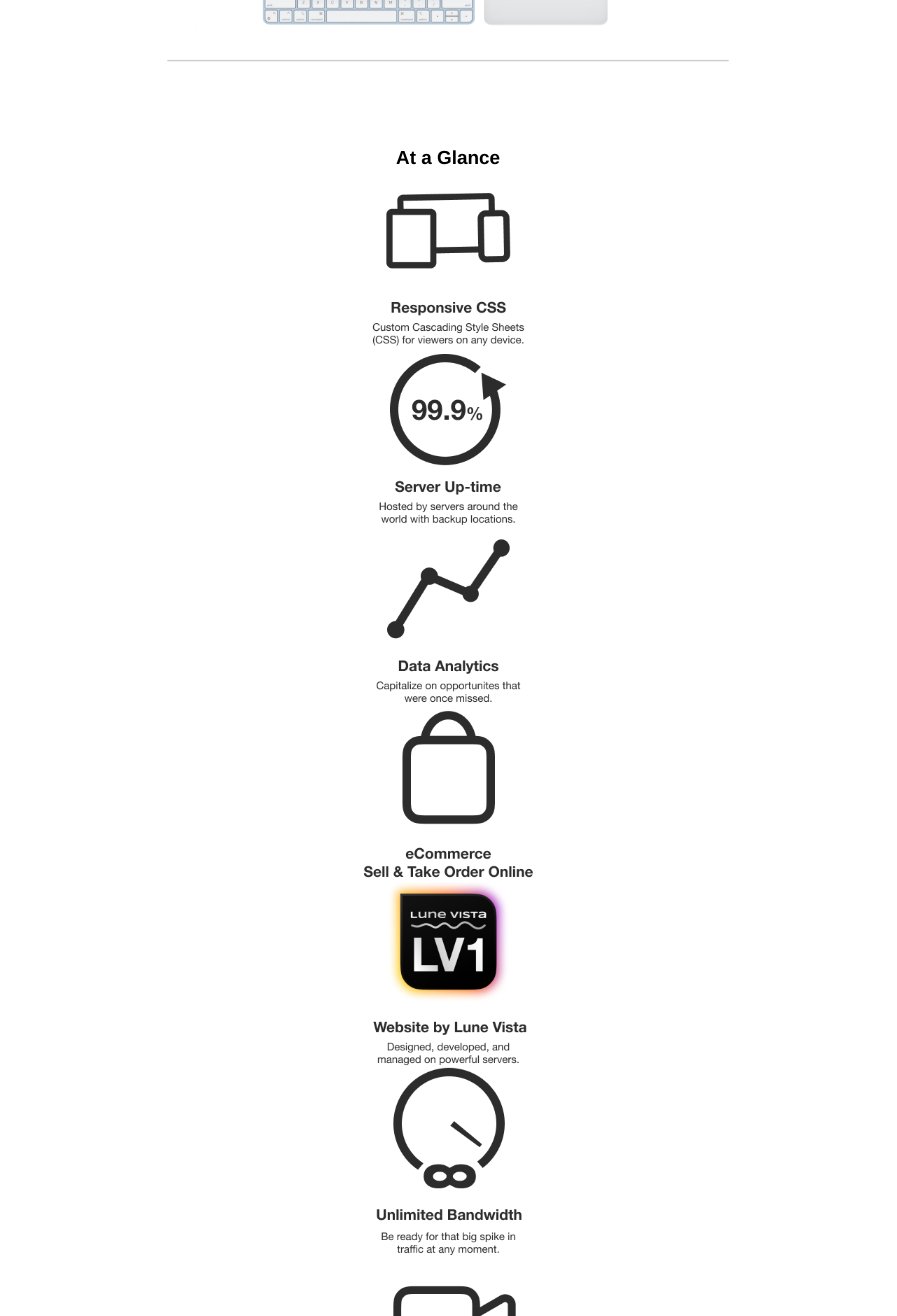
Repository: yoItsTyler/templates
Page: /specs
An editor plug-in stored every save of this project. The page is shown before and after the next save, followed by the edit.
The browser window is 1280 px wide. The page is 1282 px wide, so the pictures cover 1282 px, including what lies to the right of the window. The pictures show the part of the page from y = 531 to 2411 px (the page is 2911 px tall before and 1504 px after), at 70% of full size.
Some web fonts or font styles are not loaded; a fallback is used. The project was rebuilt for these pictures with package versions that can differ from the ones it lists, and the page was loaded fresh each time. Also part of the build but not shown: src/components/Home/styles.module.css, src/components/Navbar/styles.module.css, src/components/Navbar/Navbar.js, src/components/NavbarMobile/styles.module.css, src/components/NavbarMobile/NavbarMobile.js, src/components/Home/Home.js, src/components/Web/styles.module.css, src/components/Web/Web.js.

Above is the page before, as saved 2022-11-16 17:03:05.

### public/index.html
<!DOCTYPE html>
<html lang="en">
  <head>
    <meta charset="utf-8" />
    <link rel="icon" href="%PUBLIC_URL%/favicon.ico" />
    <meta name="viewport" content="width=device-width, initial-scale=1" />
    <meta name="theme-color" content="#000000" />
    <meta
      name="description"
      content="Web site created using create-react-app"
    />
    <link rel="apple-touch-icon" href="%PUBLIC_URL%/logo192.png" />
    <!--
      manifest.json provides metadata used when your web app is installed on a
      user's mobile device or desktop. See https://developers.google.com/web/fundamentals/web-app-manifest/
    -->
    <link rel="manifest" href="%PUBLIC_URL%/manifest.json" />
    <!--
      Notice the use of %PUBLIC_URL% in the tags above.
      It will be replaced with the URL of the `public` folder during the build.
      Only files inside the `public` folder can be referenced from the HTML.

      Unlike "/favicon.ico" or "favicon.ico", "%PUBLIC_URL%/favicon.ico" will
      work correctly both with client-side routing and a non-root public URL.
      Learn how to configure a non-root public URL by running `npm run build`.
    -->
    <title>Root Template</title>
  </head>
  <body>
    <noscript>You need to enable JavaScript to run this app.</noscript>
    <div id="root"></div>
    <!--
      This HTML file is a template.
      If you open it directly in the browser, you will see an empty page.

      You can add webfonts, meta tags, or analytics to this file.
      The build step will place the bundled scripts into the <body> tag.

      To begin the development, run `npm start` or `yarn start`.
      To create a production bundle, use `npm run build` or `yarn build`.
    -->
  </body>
</html>

### src/index.js
import React from 'react';
import  ReactDOM  from 'react-dom';
import './index.css';
import reportWebVitals from './reportWebVitals';
import { BrowserRouter as Router } from 'react-router-dom';
import { App } from './components/App';

ReactDOM.render(
  <React.StrictMode>
    <Router>
     <App/>
    </Router>
  </React.StrictMode>,
  document.getElementById('root'),
);



// If you want to start measuring performance in your app, pass a function
// to log results (for example: reportWebVitals(console.log))
// or send to an analytics endpoint. Learn more: https://bit.ly/CRA-vitals
reportWebVitals();

### src/index.css


@import url('https://fonts.cdnfonts.com/css/work-sans');
html, body{
  min-height: fit-content;
 height: 100vh;
  width: 100vw;
  max-width: 100vw;
  margin: 0;
  overflow-x: hidden;
  -ms-overflow-style: none;  /* IE and Edge */
  scrollbar-width: none;  /* Firefox */
  scroll-behavior: smooth;



}
body {



  font-family:  -apple-system, BlinkMacSystemFont, 'Segoe UI', 'Roboto', 'Oxygen',
    'Ubuntu', 'Cantarell', 'Fira Sans', 'Droid Sans', 'Helvetica Neue',
    sans-serif;
    font-family: 'Helvetica';
    font-style: normal;
  -webkit-font-smoothing: antialiased;
  -moz-osx-font-smoothing: grayscale;

  font-family: 'Helvetica', sans-serif;
  -webkit-font-smoothing: antialiased;
  -moz-osx-font-smoothing: grayscale;
}
body::-webkit-scrollbar{
  display: none;
}


code {
  font-family: source-code-pro, Menlo, Monaco, Consolas, 'Courier New',
    monospace;
}

### src/components/App/App.js
import { useEffect, useState } from 'react';
import { Route, Switch } from 'react-router-dom';
import { Home } from '../Home';
import { Navbar } from '../Navbar/Navbar';
import { NavbarMobile } from '../NavbarMobile';
import { Specs } from '../Specs';
import { Web } from '../Web/Web';
import styles from './styles.module.css';






export const App = () => {




    return(
        <div className={styles.main}>


            <Switch>
                 <Route exact path = '/web' component={Web}/>
                 <Route exact path = '/specs' component={Specs}/>
                <Route path={['/']} component={Home}/>

            </Switch>
        </div>
    )
}

### src/components/NavbarMobile/index.js
export * from './NavbarMobile';

### src/components/Specs/index.js
export * from './Specs';

### src/components/App/styles.module.css
.main{
    margin-top: 0;
    min-height: fit-content;
    height: 100vh;
    width: 100%;
    max-width: 100vw;
}

### src/components/Specs/Specs.js
import { NavbarWeb } from '../NavbarWeb/NavbarWeb';
import { NavBarWebSub } from '../NavBarWebSub/NavBarWebSub';
import styles from './styles.module.css';
import deskT from '../../images/Group 13spec.png';
import f57 from '../../images/Frame 57.png';
import f58 from '../../images/Frame 58.png';
import f59 from '../../images/Frame 59.png';
import f60 from '../../images/Frame 60.png';
import f61 from '../../images/Frame 61.png';
import f62 from '../../images/Frame 62.png';
import f63 from '../../images/Frame 63.png';
import f64 from '../../images/Frame 64.png';
import f65 from '../../images/Frame 65.png';


/*<div className={styles.iconCont}>
 </div>

*/

export const Specs = () => {


    return(
        <div className={styles.main}>
            <NavbarWeb/>
            <NavBarWebSub/>

            <div className={styles.page}>
                <div className={styles.specCont}>
            <div className={styles.specsT}>Specs</div>
            <img src={deskT} className ={styles.deskT}/>
            </div>

            <div className={styles.line}></div>

            <div className={styles.glance}>At a Glance</div>

            <div className={styles.container}>

                    <img src={f57}/>
                    <img src={f58}/>
                    <img src={f59}/>
                    <img src={f60}/>
                    <img src={f61}/>
                    <img src={f62}/>
                    <img src={f63}/>
                    <img src={f64}/>
                    <img src={f65}/>




            </div>




            </div>



        </div>
    )
}

### src/components/NavbarWeb/NavbarWeb.js
import styles from './styles.module.css';
import logo2 from '../../images/LuneVistaLogo.png';
import search from '../../images/search.png';
import { useHistory } from 'react-router-dom';


export const NavbarWeb = () => {
    const history = useHistory();

// <div className={styles.falseDiv}></div>
    return (
        <div className={styles.main}>

            <div className={styles.row}>


                <div className={styles.logo}
                onClick={()=> history.push('/')}
                >
                    <img src={logo2} style={{width: '100%', height: ''}} />

                </div>


                    <div className={styles.pages}>
                        <div className={styles.page}
                        onClick={() => history.push('/web')}
                        >Website</div>
                        <div className={styles.page}>Branding</div>
                        <div className={styles.page}>Marketing</div>
                        <div className={styles.page}>About</div>
                        <div className={styles.page}>Contact</div>
                    </div>














            </div>





        </div>

    )
}

### src/components/NavBarWebSub/NavBarWebSub.js
import styles from './styles.module.css';


export const NavBarWebSub = () => {


    return(
        <div className={styles.main}>
            <div className={styles.row}>
                <div className = {styles.title}>
                    Website Development
                </div>
                <div className={styles.btnRow}>
                    <div className={styles.btnTxt}>Overview</div>
                    <div className={styles.btnTxt}>Specs</div>
                    <div className={styles.requestBtn}>Request</div>
                </div>



            </div>




        </div>
    )
}

### src/components/Specs/styles.module.css
.main{


}
.page{
    position: absolute;
    margin-top: 100px;
    width: 100%;
    display: flex;
    flex-direction: column;
    justify-content: center;
    align-items: center;


}
.specCont{
    justify-self: center;
    align-self: center;
    display: flex;
    flex-direction: column;
    width: 800px;
    max-width: 96%;

}

.specsT{
    background: linear-gradient(93.88deg, #24A3EA -2.95%, #115FDE 102.42%);
    -webkit-background-clip: text;
-webkit-text-fill-color: transparent;
background-clip: text;
    font-size: 80px;
    font-weight: 700;
    margin-top: 60px;
    margin-bottom: -40px;
}
.deskT{
    width:800px;
    max-width: 96%;
}
.glance{
    font-size: 27px;
    font-weight: 700;
    margin-top: 100px;
}
.line{
    margin-top: 23px;
    margin-bottom: 23px;
    width: 800px;

    max-width: 96%;

    border: 1px solid #CCCCCC;
}
.container{
    width: 800px;
    max-width: 96%;
    display: grid;
    grid-auto-columns: auto;
    columns: 3;
    align-items: center;
    align-content: center;
    justify-content: center;
    justify-items: center;


}
.iconCont{
    justify-content: center;
}

### src/components/NavbarWeb/styles.module.css
.main{
    width: 100vw;
    max-width: 100vw;
    height: 50px;
    margin-top: 0;

    background-color: hsl(0, 0%, 7%);
    position: fixed;
    display: flex;
    z-index: 1;
    justify-content: center;



}
.row{
    width: 100%;

    align-self: center;

    height: 50px;
    max-width: 730px;

    color: #FFFFFF;
 display: flex;
 align-items: center;

justify-content: space-between;



}
.logo{

    padding-left: min(16px, 1.0%);
    height: 32px;
    cursor: pointer;
    display: flex;
    align-content: center;
    align-items: center;
    justify-content: center;
      justify-self: left;
    max-width: 134px;




}
.falseDiv{
    padding-right: min(16px, 1.0%);
    width: 134px;



}
.rightSide{
   align-self: center;
  justify-self: center;


}
.pages{
    flex-basis: 1;
    display: flex;
   height: 32px;


    width: 80%;
    max-width: 536px;
    align-items: center;
    justify-content: space-between;
    justify-self: center;




}

.page{

    font-weight: 400;
    font-size: 16px;
    line-height: 24px;
   cursor: pointer;

   height: 24px;
   align-content: center;
   align-items: center;

   padding-left: 0px;
   padding-right: 0px;

}
.page:hover{
    background-color: rgba(0, 0, 0, 0.3);
   border-radius: 3px;
}



.search{
   padding-right: min(16px, 1.5%);
margin-left: auto;


}

### src/components/NavBarWebSub/styles.module.css
.main{
    width: 100vw;
    height: 50px;
    position: absolute;
    margin-top: 50px;
    display: flex;
    justify-content: center;
    z-index: 1;
    border-bottom: white;
    border-width: 1px;
    border-style: solid;
}
.row{
    display: flex;
    width: 100%;
    max-width: 730px;
    justify-content: space-between;
    align-items: center;
    padding-left: 6px;
    padding-right: 6px;
}
.btnRow{
    display: flex;
    width: 200px;
    justify-content: space-between;
    padding-left: 6px;
    align-items: center;
}
.title{
    font-size: 18px;
    font-weight: 700;
    min-width: fit-content;
}
.btnTxt{
    font-size: 12px;
    font-weight: 400;
    line-height: 14px;
    cursor: pointer;

}
.requestBtn{
    font-size: 12px;
    font-weight: 400;
    background-color: #0062CC;
    color: white;
    height: 22px;
    width: 60px;
    display: flex;
    flex-direction: column;
    align-items: center;

    justify-content: center;
    border-radius: 6px;
    line-height: 20px;
    cursor: pointer;
}

Loaded but not shown: src/reportWebVitals.js (common file); src/components/App/index.js (common file); src/components/Home/index.js (common file); src/components/Home/mobile.module.css (no stored copy; drawn as an empty file)

After the next save:
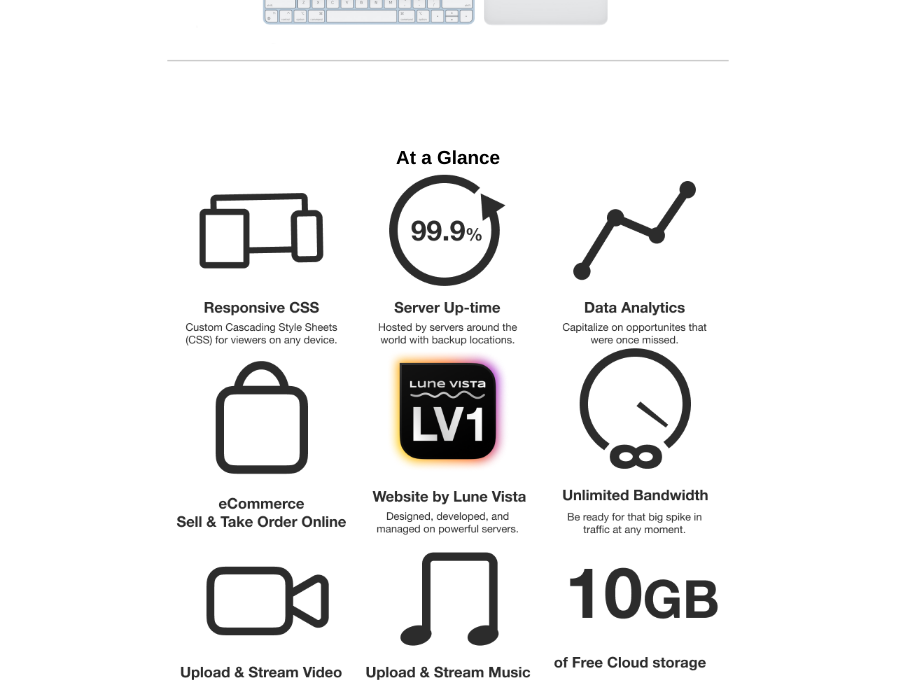
Saved 53 s later.
--- a/src/components/Specs/styles.module.css
+++ b/src/components/Specs/styles.module.css
@@ -55,7 +55,7 @@
     width: 800px;
     max-width: 96%;
     display: grid;
-    grid-auto-columns: auto;
+    grid-template-columns: repeat(3, 1fr);
     columns: 3;
     align-items: center;
     align-content: center;
